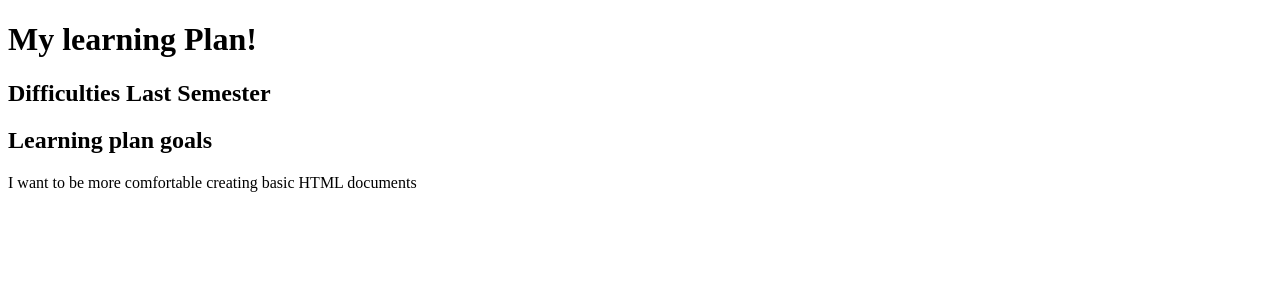
Repository: awollf/mdia-2109
Page: learning-plan.html
An editor plug-in stored every save of this project. The page is shown before and after the next save, followed by the edit.
The browser window is 1280 px wide. The pictures show the whole page.

Above is the page before, as saved 2026-01-26 11:35:36.

### learning-plan.html
<!DOCTYPE html>
<html lang="en">
<head>
    <meta charset="UTF-8">
    <meta name="viewport" content="width=device-width, initial-scale=1.0">
    <title>Learning Plan</title>
</head>
<body>
    <h1>My learning Plan!</h1>

    <h2>Difficulties Last Semester</h2>
    <p></p>

    <h2>Learning plan goals</h2>
    <p>I want to be more comfortable creating basic HTML documents</p>

</body>
</html>

After the next save:
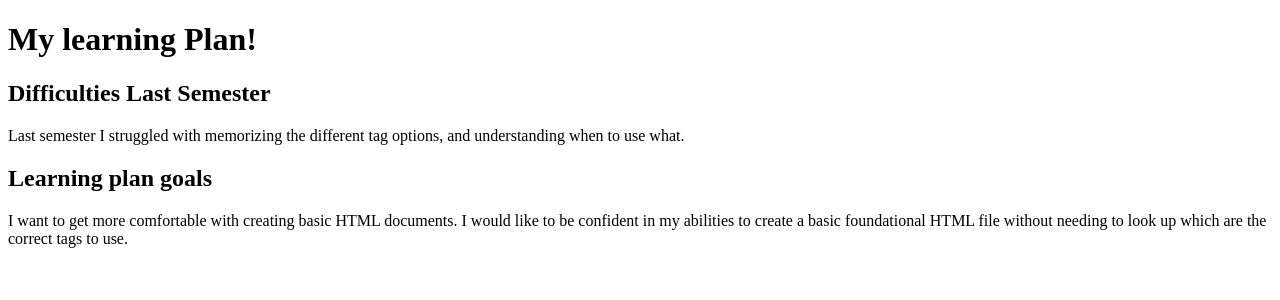
Saved 3 min 2 s later.
--- a/learning-plan.html
+++ b/learning-plan.html
@@ -9,10 +9,11 @@
     <h1>My learning Plan!</h1>
 
     <h2>Difficulties Last Semester</h2>
-    <p></p>
+    <p>Last semester I struggled with memorizing the different tag options, and understanding when to use what. </p>
 
     <h2>Learning plan goals</h2>
-    <p>I want to be more comfortable creating basic HTML documents</p>
+    <p>I want to get more comfortable with creating basic HTML documents. I would like to be confident in my abilities
+        to create a basic foundational HTML file without needing to look up which are the correct tags to use. </p>
 
 </body>
 </html>
